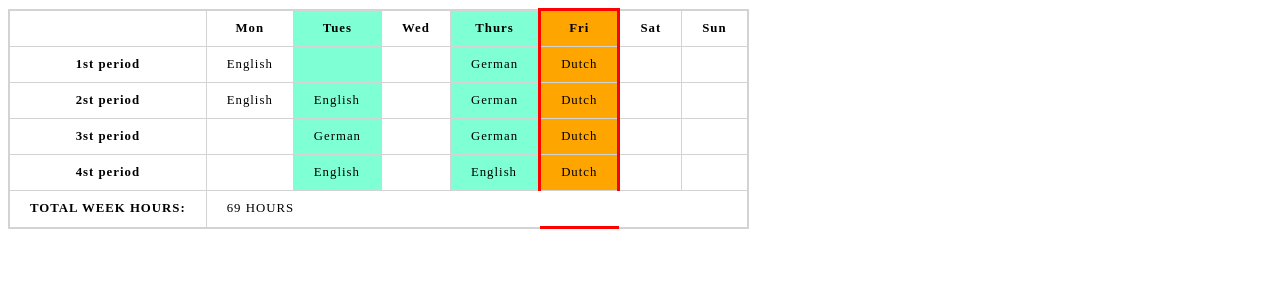
Repository: lidwan/dotfiles
Page: tmp/smthn.html
These files come from the project's save history. The page is drawn as it stood at one moment and after the next save; the edit follows.
The browser window is 1280 px wide. The pictures show the whole page.

Above is the page before, as saved 2024-08-18 11:36:33.

After the next save:
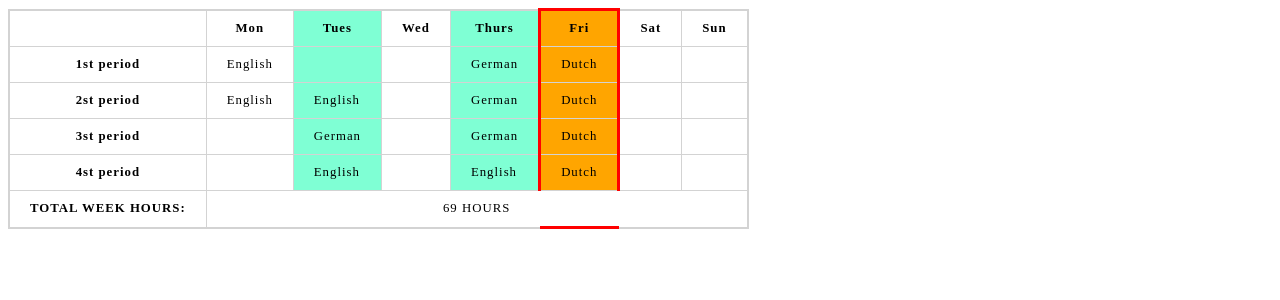
Saved 22 s later.
--- a/tmp/smthn.html
+++ b/tmp/smthn.html
@@ -33,7 +33,7 @@
         <tfoot>
             <tr>
                 <th>TOTAL WEEK HOURS:</th>
-                <td colspan="7">69 HOURS</td>
+                <td colspan="7" style="text-align: center;">69 HOURS</td>
             </tr>
         </tfoot>
         <tbody>
